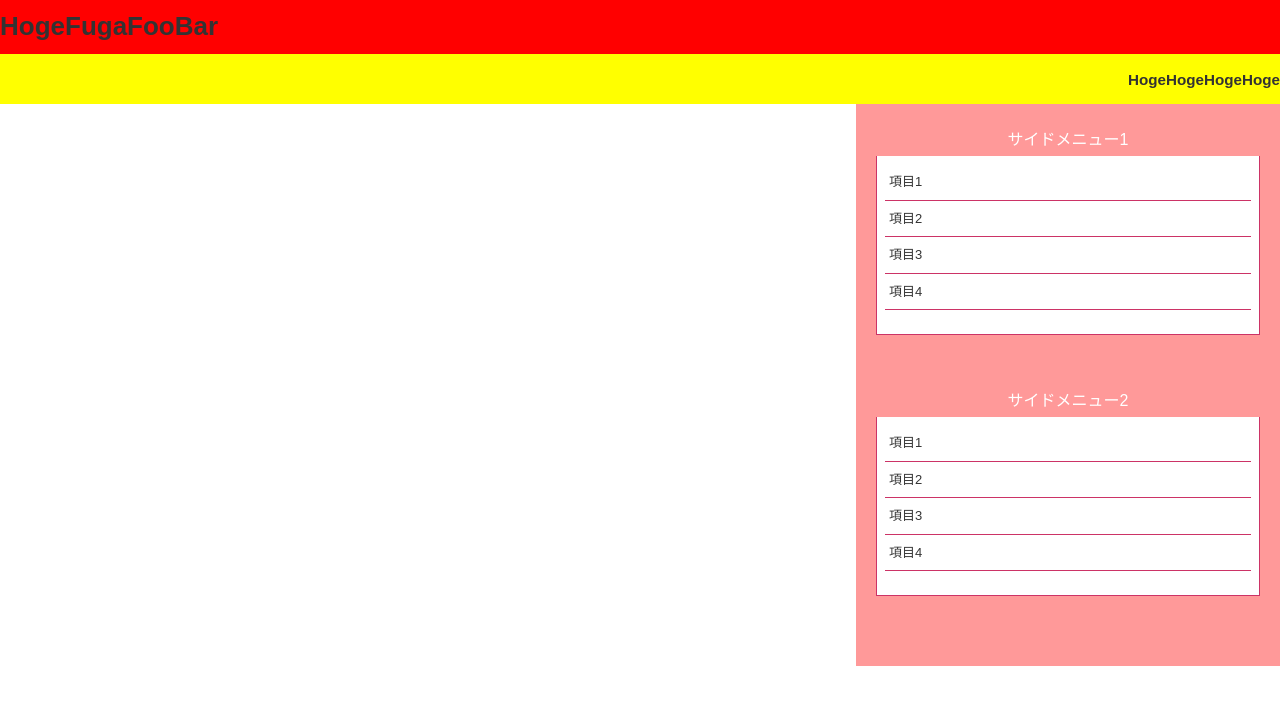
Repository: hyugo0804-xx/samurai_HTML-CSS
Page: sample.html
The author's editor kept a record of every edit. The page is drawn from the files as they stood at one moment, then again after the next edit.
The browser window is 1280 px wide. The pictures show the whole page.

Above is the page before.

### sample.html
<!DOCTYPE html>
<html lang="ja">
<head>
  <meta charset="UTF-8">
  <meta name="viewport" content="width=device-width, initial-scale=1.0">
  <meta http-equiv="X-UA-Compatible" content="ie=edge">
  <link rel="stylesheet" href="stylesheet.css" />
  <title>Document</title>

  <style>
    #sort {
      display: flex;
      flex-direction: row;
      background-color: red;
    }

    #reverse {
      display: flex;
      flex-direction: row-reverse;
      background-color:yellow;
    }

    #column {
      display: flex;
      flex-direction: column;
      background-color: blue;
    }

    #column-reverse {
      display: flex;
      flex-direction: column-reverde;
      background-color: green;
    }

  </style>
</head>
<body>
  <div id="sort">
      <h1>Hoge</h1>
      <h1>Fuga</h1>
      <h1>Foo</h1>
      <h1>Bar</h1>
  </div>

  <div id="reverse">
       <h3>Hoge</h3>
       <h3>Hoge</h3>
       <h3>Hoge</h3>
       <h3>Hoge</h3>
  </div>



<div id="side">
                <div class="box">
                   <h2>サイドメニュー1</h2>
                  <div class="boxBody">
                        <ul>
                            <li>項目1</li>
                            <li>項目2</li>
                            <li>項目3</li>
                            <li>項目4</li>
                        </ul>
                    </div>
                </div>
                <div class="box">
                    <h2>サイドメニュー2</h2>
                    <div class="boxBody">
                        <ul>
                           <li>項目1</li>
                            <li>項目2</li>
                            <li>項目3</li>                            <li>項目4</li>
                        </ul>
                    </div>
                </div>
            </div>
  </body>
  </html>

### stylesheet.css
@charset "utf-8";

body {
    margin: 0;
    padding: 0;
    font-family: "ヒラギノ角ゴ　Pro W3", "Hiragino Kaku Gothic Pro" , "メイリオ" , Meiryo, Osaka, "MS Pゴシック", "MS PGothic", sans-serif;
    color: #333;
    font-size: 13px;
    line-height: 150%;

}

/*-------------wrapper-------------------*/

#wrapper {
     width: 100%;
     margin:auto;
     padding: 0px;
     border: 0px;
     background-color: #FFF;
     top:10px;

}

  /*------------- header -------------------*/
  #header {
         width: 100%;

  }
  #header h1 {
          margin: 0;
          padding: 0;
  }

  #corridor {
    width: 100%;
    height: auto;
  }

  /*------------- footer -----------------------*/
  #footer {
    clear: both;
    width: 100%;
    padding: 3px 0 3px 0;
    background: #39F;
    color: #FFF;
    font-weight: bold;
    text-align: center;

  }



   /*------------- nav -------------------------------*/

   #nav {
     width: 100%;

   }
   #nav ul {

    margin: 0;
    padding: 0;
    list-style-type: none;

   }
   #nav ul li {

        float: left;
        width: 20%;
        text-align: center;
   }
   #nav ul li a {

     display: block;
     height: 20px;
     margin: 0;
     padding: 10px;
     color: #FFF;
     font-size: 20px;
     text-decoration: none;
     background-color: green;
   }

   #nav ul li a:hover {
       filter: dorop-shadow(10px 10px 10px black);
   }

   /*--------------- container ---------------------*/
   #container {
       width: 100%;
       margin:auto;
       padding: auto;
       padding-top: 20px;
       clear: both;
   }
   /*---------------main -----------------------------*/
   #main {
     float: left;
     width: 50%;
     padding: 10px 30px 10px 10px;
   }

   #main h2 {
     margin:0 0 10px 0;
     padding: 3px 10px 3px 10px;

     font-size: 16px;
     border-left: solid 10px #C00;
     background: #F90;

   }

   #main p {
     marigin: 0;
     padding: 0;
   }
   #main .post {
     margin:0 0 30px 0;

   }
   #main .post img.right {
     margin: 0 0 0 8px;
   }
   #main .post img.left {
     margin:0 8px 0 0;
   }

   .right {
      float: right;
      width: 40%;
      height: auto;
   }
   .left {
      float: left;
      width: 40%;
      height: auto;
   }

   /*----------------clearfix--------------*/
   .clearfix {
     zoom: 1;
   }
   .clearfix:after {
     content:"";
     display: block;
     clear: both;
   }


   /*---------------- side -------------------*/
   #side {
 	 float: right;
 	 width: 30%;
 	 padding: 20px;
 	 background-color: #F99;
 }
 #side .box {
 	 margin: 0 auto 30px auto;
 	 padding: 0 0 20px 0;
 	 background:　no-repeat;
 }
 #side .box h2 {
 	 margin: 0;
 	 padding: 8px;
 	 text-align: center;
 	 color: #fff;
 	 font-size: 16px;
 	 line-height: 16px;
 	 font-weight: normal;
 	 background:  center no-repeat;
 }
 #side .box .boxBody {
 	 padding: 8px;
 	 border-right: solid 1px #C36;
 	 border-bottom: solid 1px #C36;
 	 border-left: solid 1px #C36;
 	 background: #fff;
 }
 #side .box .boxBody ul {
 	 margin: 0 0 16px 0;
 	 padding: 0;
 }
 #side .box .boxBody ul li {
 	 padding: 8px 0 8px 4px;
 	 list-style: none;
 	 border-bottom: solid 1px #C36;
 }

 #side .box .boxBody ul li:hover {
      padding: 8px 4px;
      list-style:none;
      border-bottom: solid 1px #C36;
      box-shadow: 0px 4px 4px rgba(0, 0, 0, 0.3);
 }

After the next edit:
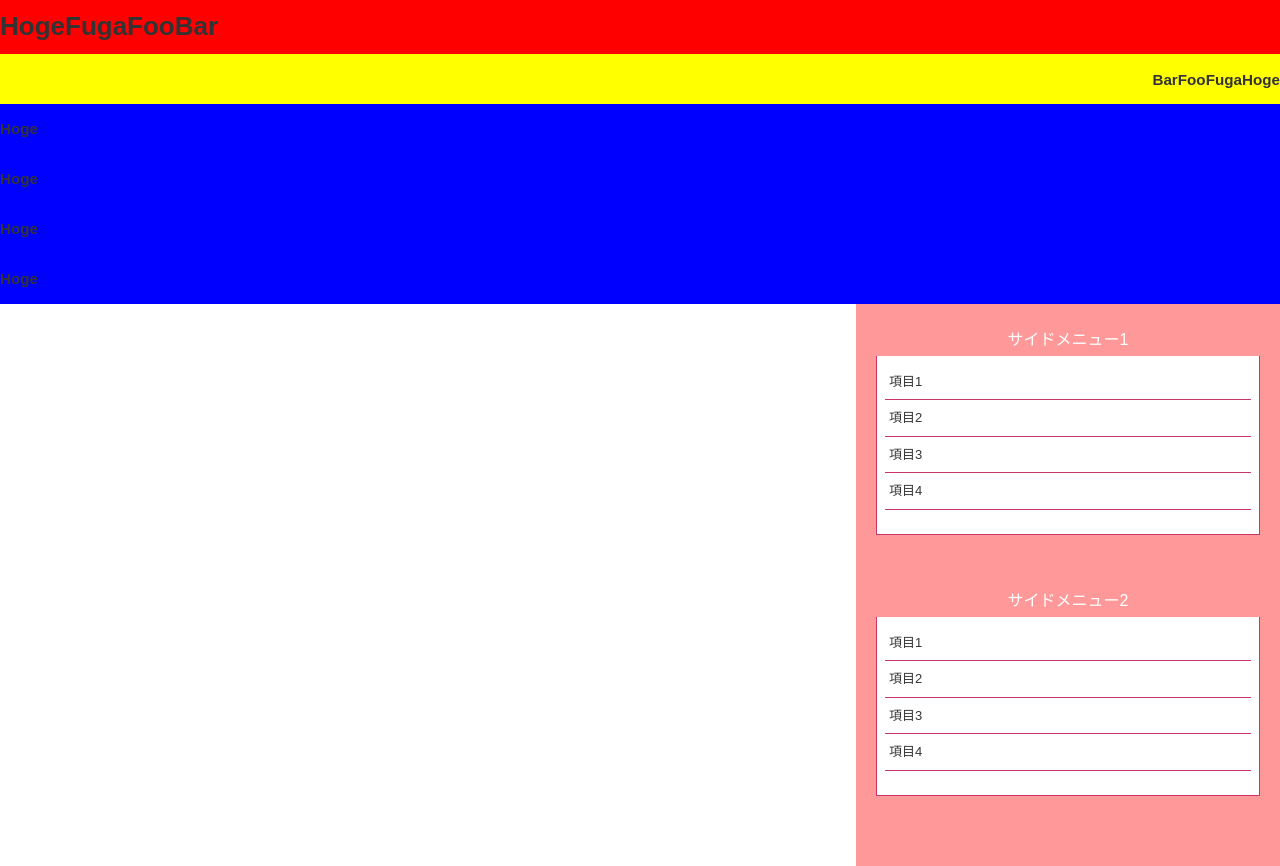
The edit:
--- a/sample.html
+++ b/sample.html
@@ -44,6 +44,13 @@
 
   <div id="reverse">
        <h3>Hoge</h3>
+       <h3>Fuga</h3>
+       <h3>Foo</h3>
+       <h3>Bar</h3>
+  </div>
+
+  <div id="column">
+       <h3>Hoge</h3>
        <h3>Hoge</h3>
        <h3>Hoge</h3>
        <h3>Hoge</h3>
